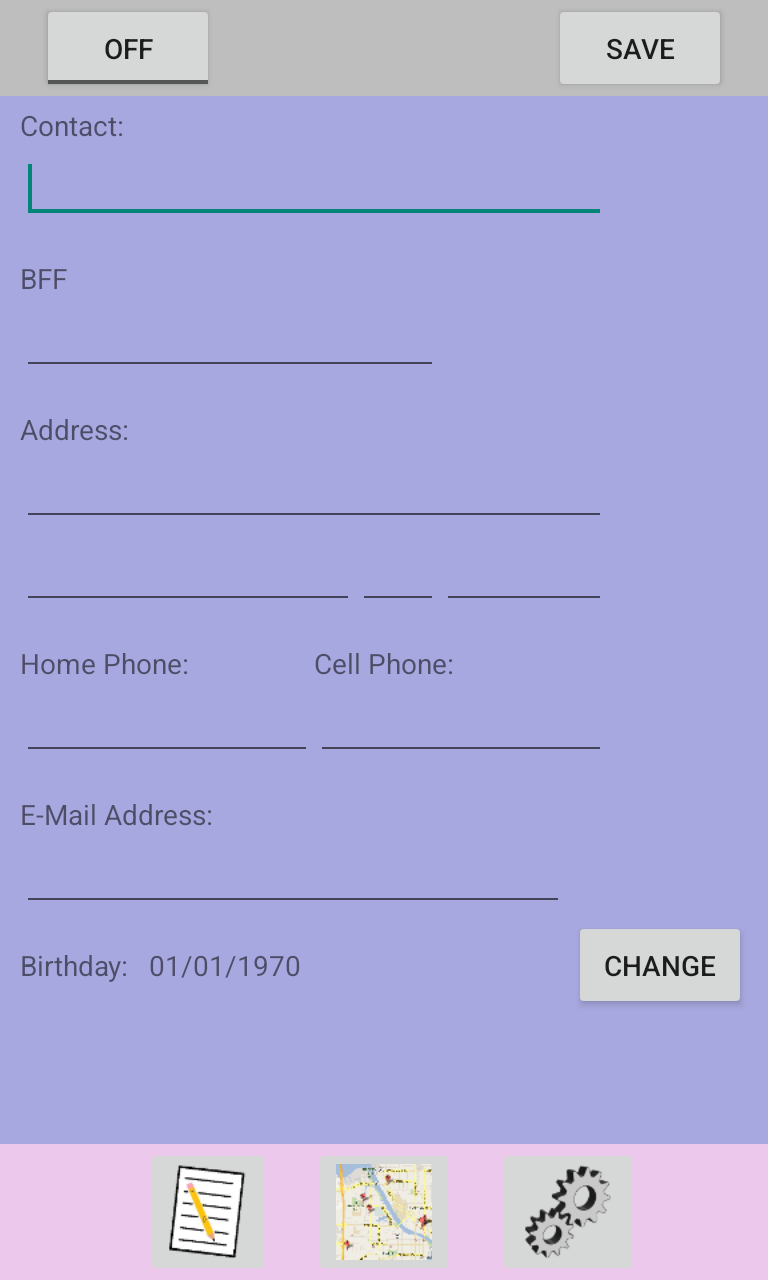
Repository: jcbrons/BronsonExercisesCH5
Layout: MyContactList/res/layout/activity_contact.xml
These files come from the project's save history. The layout is drawn as it stood at one moment and after the next save; the edit follows.
It is drawn on a 768 x 1280 px phone screen (xhdpi) without system bars, with theme AppTheme; the app's code is not run.

Above is the layout before, as saved 2014-06-08 21:09:19.

### MyContactList/res/layout/activity_contact.xml
<RelativeLayout xmlns:android="http://schemas.android.com/apk/res/android"
    xmlns:tools="http://schemas.android.com/tools"
    android:layout_width="match_parent"
    android:layout_height="match_parent"
    tools:context=".ContactActivity">


   <LinearLayout
       android:focusable="true"
		android:focusableInTouchMode="true"
		android:layout_width="0px"
		android:layout_height="0px"/>

    <RelativeLayout
        android:id="@+id/navbar"
        android:background="@color/pink_background"
        android:layout_width="fill_parent"
        android:layout_height="wrap_content"
        android:layout_alignParentBottom="true">

        <ImageButton
            android:id="@+id/imageButtonList"
            android:layout_width="wrap_content"
            android:layout_height="wrap_content"
            android:layout_centerVertical="true"
            android:layout_toLeftOf="@+id/imageButtonMap"
            android:layout_marginRight="20dp"
            android:src="@drawable/contactlisticon" />

        <ImageButton
            android:id="@+id/imageButtonMap"
            android:layout_width="wrap_content"
            android:layout_height="wrap_content"
            android:layout_centerVertical="true"
            android:layout_centerHorizontal="true"
            android:layout_toRightOf="@+id/imageButton1"
            android:src="@drawable/mapicon" />

        <ImageButton
            android:id="@+id/imageButtonSettings"
            android:layout_width="wrap_content"
            android:layout_height="wrap_content"
            android:layout_centerVertical="true"
            android:layout_marginLeft="20dp"
            android:layout_toRightOf="@+id/imageButtonMap"
            android:src="@drawable/settingsicon" />

    </RelativeLayout>

    <RelativeLayout
        android:id="@+id/toolbar"
        android:background="@color/toolbar_background"
        android:layout_width="match_parent"
        android:layout_height="wrap_content"
        android:layout_alignParentLeft="true"
        android:layout_alignParentTop="true"
        >

        <ToggleButton
            android:id="@+id/toggleButtonEdit"
            android:layout_width="wrap_content"
            android:layout_height="wrap_content"
            android:layout_alignParentLeft="true"
            android:layout_marginLeft="20dp"
            android:text="ToggleButton" />

        <Button
            android:id="@+id/buttonSave"
            android:layout_width="wrap_content"
            android:layout_height="wrap_content"
            android:layout_alignParentRight="true"
            android:layout_marginRight="20dp"
            android:text="Save" />

    </RelativeLayout>

    <ScrollView
        android:id="@+id/scrollView1"
        android:layout_width="match_parent"
        android:layout_height="wrap_content"
        android:layout_alignParentLeft="true"
        android:layout_below="@+id/toolbar"
        android:layout_above="@+id/navbar"
        android:background="@color/dataEntry_background">

        <RelativeLayout
            android:layout_width="match_parent"
            android:layout_height="match_parent"

           >

            <TextView
                android:id="@+id/textContact"
                android:layout_width="wrap_content"
                android:layout_height="wrap_content"
                android:text="Contact:"
                android:textAppearance="?android:attr/textAppearanceSmall"
                android:layout_alignParentLeft="true"
        		android:layout_alignParentTop="true"
        		android:layout_marginLeft="10dp"
        		android:layout_marginTop="5dp"/>

            <EditText android:id="@+id/editName"
                android:layout_width="wrap_content"
                android:layout_height="wrap_content"
                android:layout_alignParentLeft="true"
                android:layout_marginLeft="10dp"
                android:layout_below="@+id/textContact"
                android:ems="14"
                android:imeOptions="actionNext"
                android:inputType="textCapWords">

                <requestFocus/>
            </EditText>

            <TextView android:id="@+id/textBFF"
                android:layout_width="wrap_content"
                android:layout_height="wrap_content"
                android:layout_alignLeft="@+id/editBFF"
                android:layout_below="@+id/editName"
                android:layout_marginTop="16dp"
                android:text="BFF"
                android:textAppearance="?android:attr/textAppearanceSmall" />

            <TextView
                android:id="@+id/textAddress"
                android:layout_width="wrap_content"
                android:layout_height="wrap_content"
                android:layout_alignParentLeft="true"
                android:layout_below="@+id/editBFF"
        		android:layout_marginLeft="10dp"
        		android:layout_marginTop="15dp"
        		android:text="Address:"
        		android:textAppearance="?android:attr/textAppearanceSmall"/>

            <EditText android:id="@+id/editAddress"
                android:layout_width="wrap_content"
                android:layout_height="wrap_content"
                android:layout_alignParentLeft="true"
                android:layout_marginLeft="10dp"
                android:layout_below="@+id/textAddress"
                android:ems="14"
                android:imeOptions="actionNext"
                android:inputType="textCapWords">
            </EditText>

        <EditText android:id="@+id/editCity"
                android:layout_width="wrap_content"
                android:layout_height="wrap_content"
                android:layout_alignParentLeft="true"
                android:layout_marginLeft="10dp"
                android:layout_below="@+id/editAddress"
                android:ems="8"
                android:imeOptions="actionNext"
                android:nextFocusDown="@+id/editState"
                android:inputType="textCapWords">
            </EditText>

        <EditText android:id="@+id/editState"
                android:layout_width="wrap_content"
                android:layout_height="wrap_content"
                android:ems="2"
                android:layout_toRightOf="@+id/editCity"
                android:layout_alignBottom="@+id/editCity"
                android:maxLength="2"
                android:imeOptions="actionNext"
                android:nextFocusDown="@+id/editZipCode"
                android:inputType="textCapCharacters">
            </EditText>

        <EditText android:id="@+id/editZipcode"
                android:layout_width="wrap_content"
                android:layout_height="wrap_content"
                android:ems="4"
                android:layout_toRightOf="@+id/editState"
                android:layout_alignBottom="@+id/editState"
                android:maxLength="5"
                android:imeOptions="actionNext"
                android:nextFocusDown="@+id/editHome"
                android:inputType="numberSigned">
            </EditText>






        <TextView
                android:id="@+id/textHome"
                android:layout_width="wrap_content"
                android:layout_height="wrap_content"
                android:text="Home Phone:"
                android:layout_alignParentLeft="true"
        		android:layout_marginLeft="10dp"
        		android:layout_marginTop="15dp"
        		android:layout_below="@+id/editCity"
        		/>

            <EditText android:id="@+id/editHome"
                android:layout_width="wrap_content"
                android:layout_height="wrap_content"
                android:layout_alignParentLeft="true"
                android:layout_marginLeft="10dp"
                android:layout_below="@+id/textHome"
                android:ems="7"
                android:maxLength="14"
                android:imeOptions="actionNext"
                android:nextFocusDown="@+id/editCell"
                android:inputType="phone">

            </EditText>

            <TextView
                android:id="@+id/textCell"
                android:layout_width="wrap_content"
                android:layout_height="wrap_content"
                android:text="Cell Phone:"
                android:layout_alignBottom="@+id/textHome"
                android:layout_alignLeft="@+id/editCell"/>

            <EditText android:id="@+id/editCell"
                android:layout_width="wrap_content"
                android:layout_height="wrap_content"
                android:layout_alignBottom="@+id/editHome"
                android:layout_toRightOf="@+id/editHome"
                android:ems="7"
                android:maxLength="14"
                android:imeOptions="actionNext"
                android:nextFocusDown="@+id/editEMail"
                android:inputType="phone">

            </EditText>


            <TextView
                android:id="@+id/textEMail"
                android:layout_width="wrap_content"
                android:layout_height="wrap_content"
                android:text="E-Mail Address:"
                android:layout_alignParentLeft="true"
                android:layout_marginLeft="10dp"
                android:layout_marginTop="15dp"
                android:layout_below="@+id/editHome"
                />

            <EditText android:id="@+id/editEMail"
                android:layout_width="wrap_content"
                android:layout_height="wrap_content"
                android:layout_alignParentLeft="true"
                android:layout_marginLeft="10dp"
                android:layout_below="@+id/textEMail"
                android:ems="13"
                android:inputType="textEmailAddress">

            </EditText>


            <TextView
                android:id="@+id/textBday"
                android:layout_width="wrap_content"
                android:layout_height="wrap_content"
                android:text="Birthday:"
                android:layout_alignParentLeft="true"
                android:layout_marginLeft="10dp"
                android:layout_marginTop="15dp"
                android:layout_below="@+id/editEMail"
                android:paddingBottom="25dp"
                />

            <TextView
                android:id="@+id/textBirthday"
                android:layout_width="wrap_content"
                android:layout_height="wrap_content"
                android:text="01/01/1970"
                android:layout_marginLeft="10dp"
                android:layout_toRightOf="@+id/textBday"
                android:layout_alignBottom="@+id/textBday"
                android:paddingBottom="25dp"
                />

            <Button
                android:id="@+id/btnBirthday"
                android:text="Change"
                android:layout_width="wrap_content"
                android:layout_height="wrap_content"
                android:layout_alignParentRight="true"
                android:layout_marginRight="10dp"
                android:layout_alignBaseline="@+id/textBirthday" />

            <EditText
                android:id="@+id/editBFF"
                android:layout_width="wrap_content"
                android:layout_height="wrap_content"
                android:layout_alignLeft="@+id/textAddress"
                android:layout_below="@+id/textBFF"
                android:ems="10"
                android:inputType="number" />

        </RelativeLayout>
    </ScrollView>

</RelativeLayout>

### MyContactList/res/values/color.xml
<?xml version="1.0" encoding="utf-8"?>
<resources>
    <color name="navbar_background">#1a1a48</color>
    <color name="toolbar_background">#bebebe</color>
    <color name="dataEntry_background">#a8a8e0</color>
    <color name="pink_background">#Ecc8ec</color>
    <color name="yellow_background">#f4f776</color>

</resources>

Loaded but not shown: MyContactList/res/values/styles.xml (common file); MyContactList/res/values-v11/styles.xml (common file); MyContactList/res/values-v14/styles.xml (common file)

After the next save:
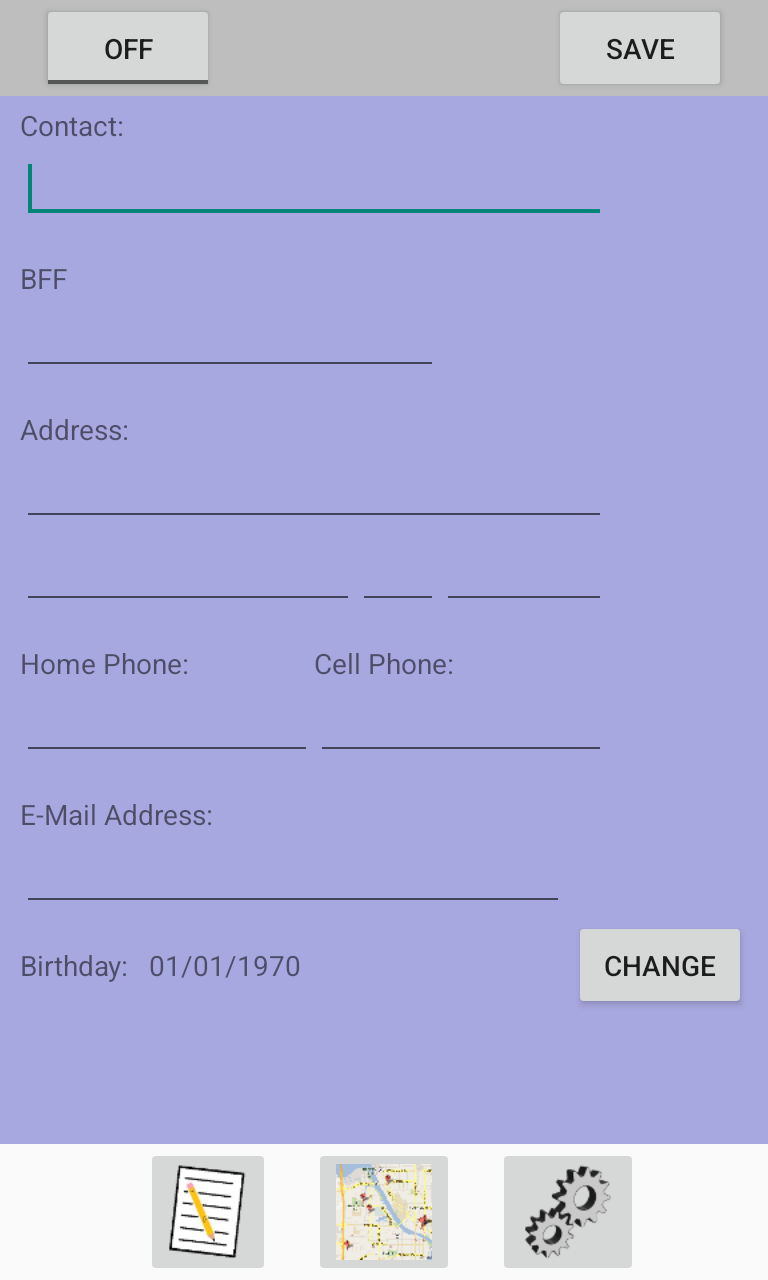
Saved 18 min 36 s later.
--- a/MyContactList/res/layout/activity_contact.xml
+++ b/MyContactList/res/layout/activity_contact.xml
@@ -13,7 +13,7 @@
 
     <RelativeLayout
         android:id="@+id/navbar"
-        android:background="@color/pink_background"
+
         android:layout_width="fill_parent"
         android:layout_height="wrap_content"
         android:layout_alignParentBottom="true">

After the save that followed:
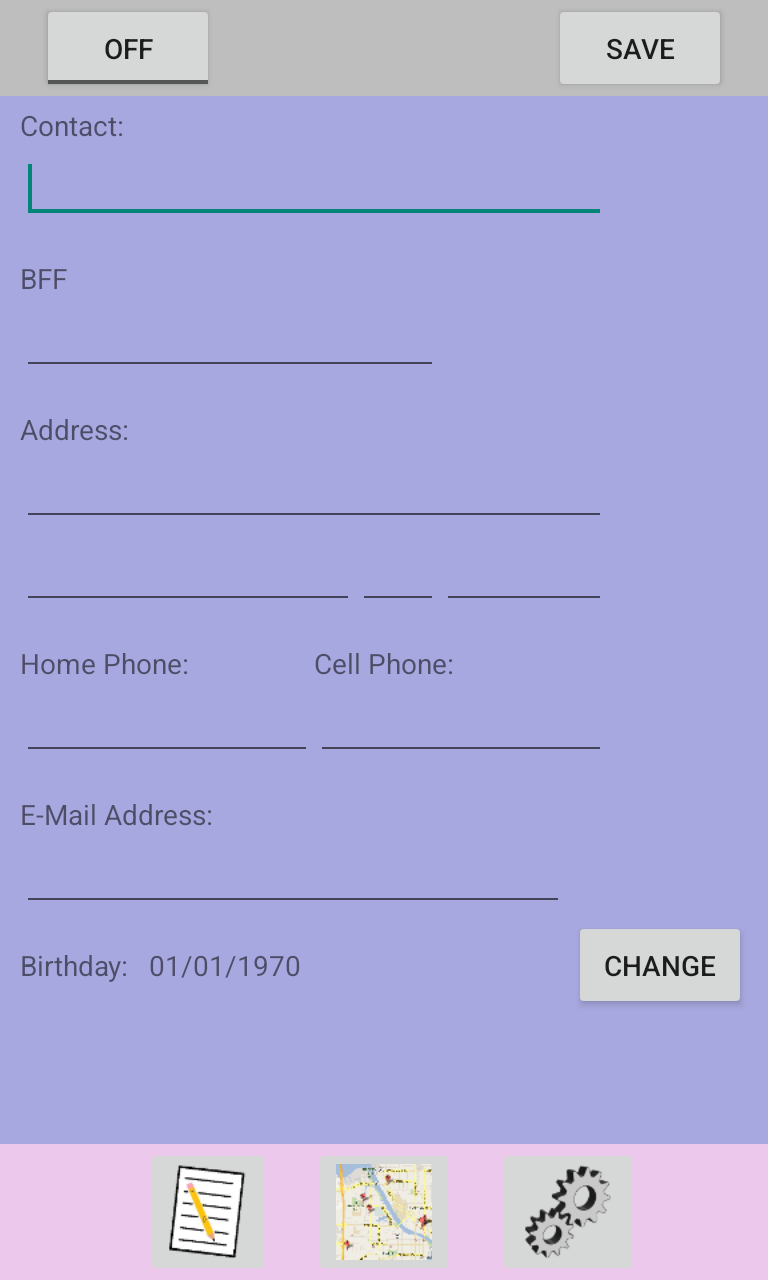
Saved 4 min 20 s later.
--- a/MyContactList/res/layout/activity_contact.xml
+++ b/MyContactList/res/layout/activity_contact.xml
@@ -13,7 +13,7 @@
 
     <RelativeLayout
         android:id="@+id/navbar"
-
+        android:background="@color/pink_background"
         android:layout_width="fill_parent"
         android:layout_height="wrap_content"
         android:layout_alignParentBottom="true">
